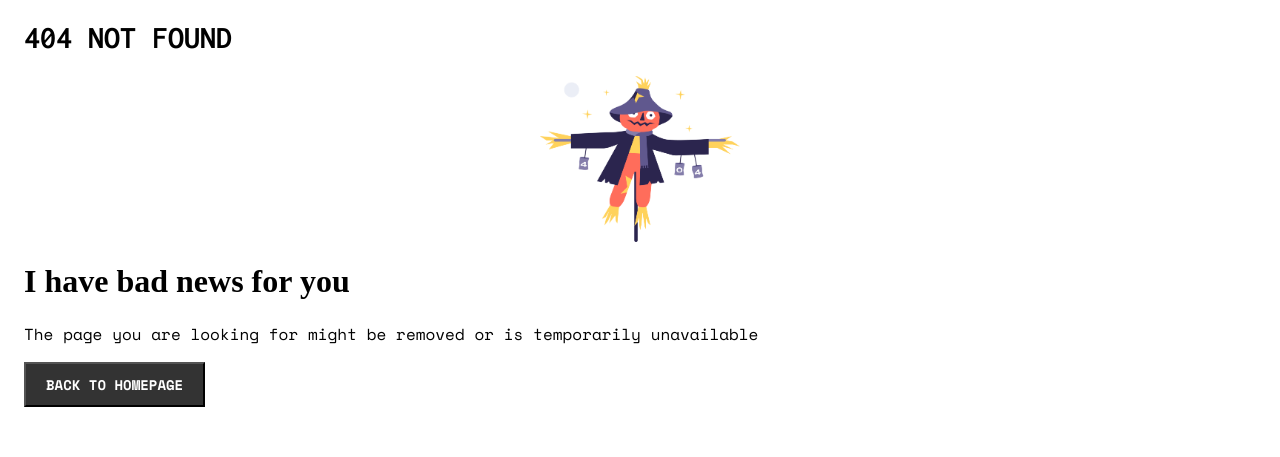
Repository: kellyalves87/404_not_found
Page: index.html
The author's editor kept a copy of each file at every save. The page is drawn from the files as they stood at one save, then again after the next save.
The browser window is 1280 px wide. The pictures show the whole page.

Above is the page before, as saved 2021-05-16 14:51:17.

After the next save:
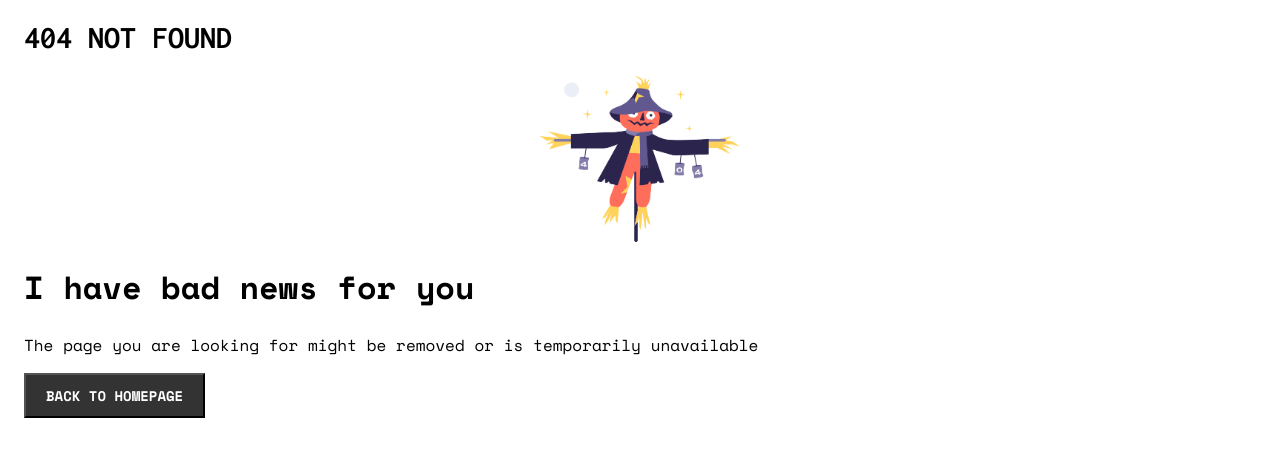
Saved 7 s later.
--- a/style/index.css
+++ b/style/index.css
@@ -16,11 +16,11 @@ img {
     margin: 1rem;
 }
 
-.content h2, p, button {
+.content h1, p, button {
     font-family: Space Mono;
 }
 
-.content h2, button {
+.content h1, button {
     font-weight: 700;
 }
 
